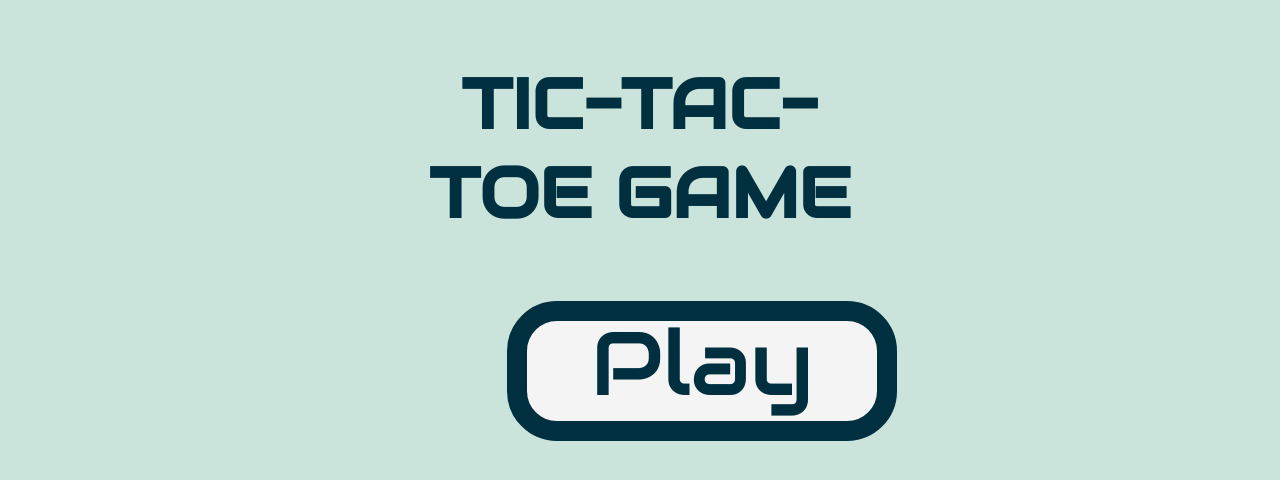
Repository: blackSky1213/tic-tac-toe
Page: index.html
These files come from the project's save history. The page is drawn as it stood at one moment and after the next save; the edit follows.
The browser window is 1280 px wide. The pictures show the whole page.

Above is the page before, as saved 2020-12-28 20:54:27.

After the next save:
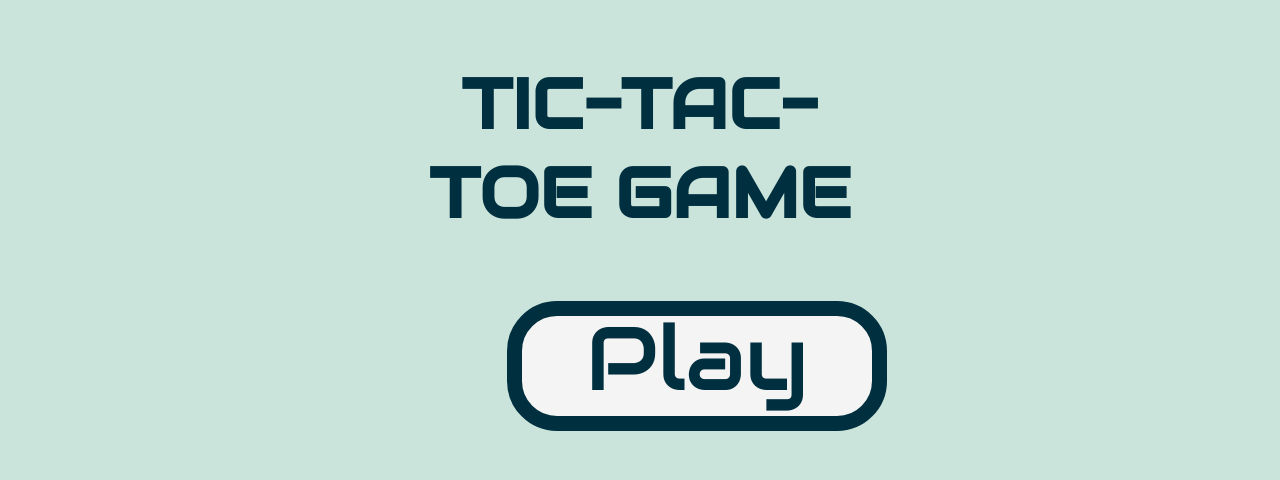
Saved 3 min 8 s later.
--- a/styles/index.css
+++ b/styles/index.css
@@ -18,7 +18,7 @@ body{
     border-radius: 50px;
     text-align: center;
     font-size: 90px;
-    border:solid 20px #00303f;
+    border:solid 15px #00303f;
 
 
 }
